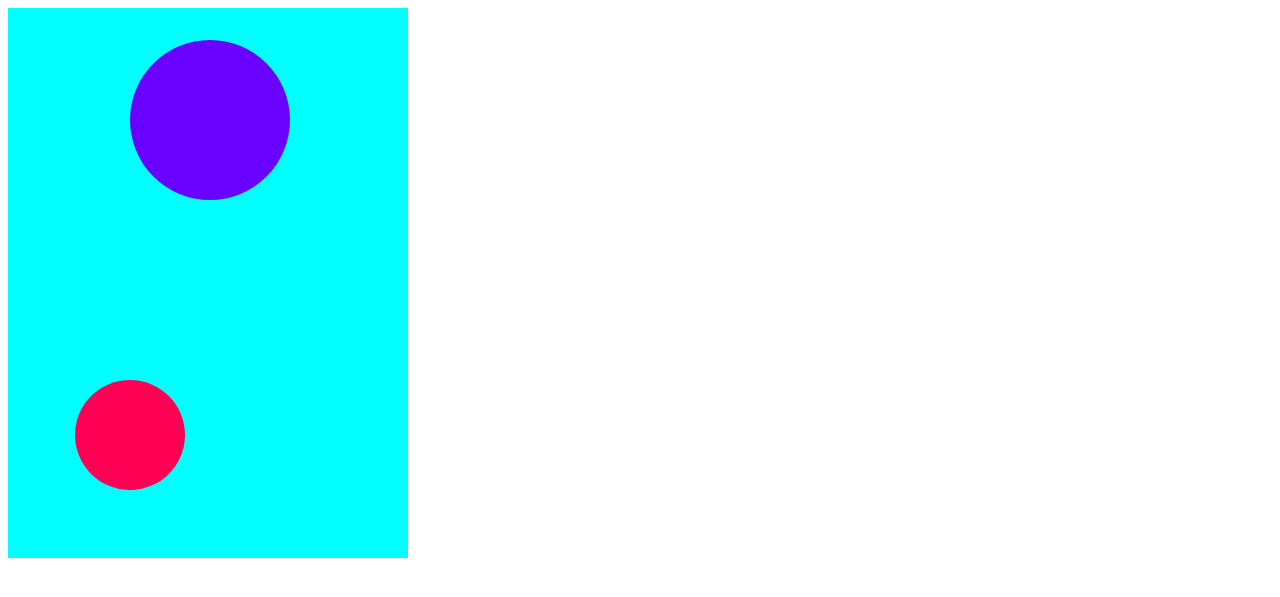
Repository: sara55m/Counter_App
Page: index.html
The author's editor kept a copy of each file at every save. The page is drawn from the files as they stood at one save, then again after the next save.
The browser window is 1280 px wide. The pictures show the whole page.

Above is the page before, as saved 2024-07-30 01:38:58.

### index.html
<!DOCTYPE html>
<html lang="en">
<head>
    <meta charset="UTF-8">
    <meta name="viewport" content="width=device-width, initial-scale=1.0">
    <title>Document</title>
    <link rel="stylesheet" href="css/style.css">
</head>
<body>
    <div class="container">
        <div class="main"></div>
        <div class="increase"></div>
        <div class="reset"></div>
    </div>
    <script src="js/script.js"></script>
</body>
</html>

### css/style.css
.container{
    height:550px;
    width:400px;
    background-color: aqua;
}

.main{
    position:absolute;
    top:40px;
    left:130px;
    height:160px;
    width:160px;
    border-radius: 50%;
    background-color: rgb(106, 0, 255);
}


.increase{
    position:absolute;
    top:380px;
    left:75px;
    height:110px;
    width:110px;
    border-radius: 50%;
    background-color: rgb(255, 0, 85);
}

Loaded but not shown: js/script.js (no stored copy; drawn as an empty file)

After the next save:
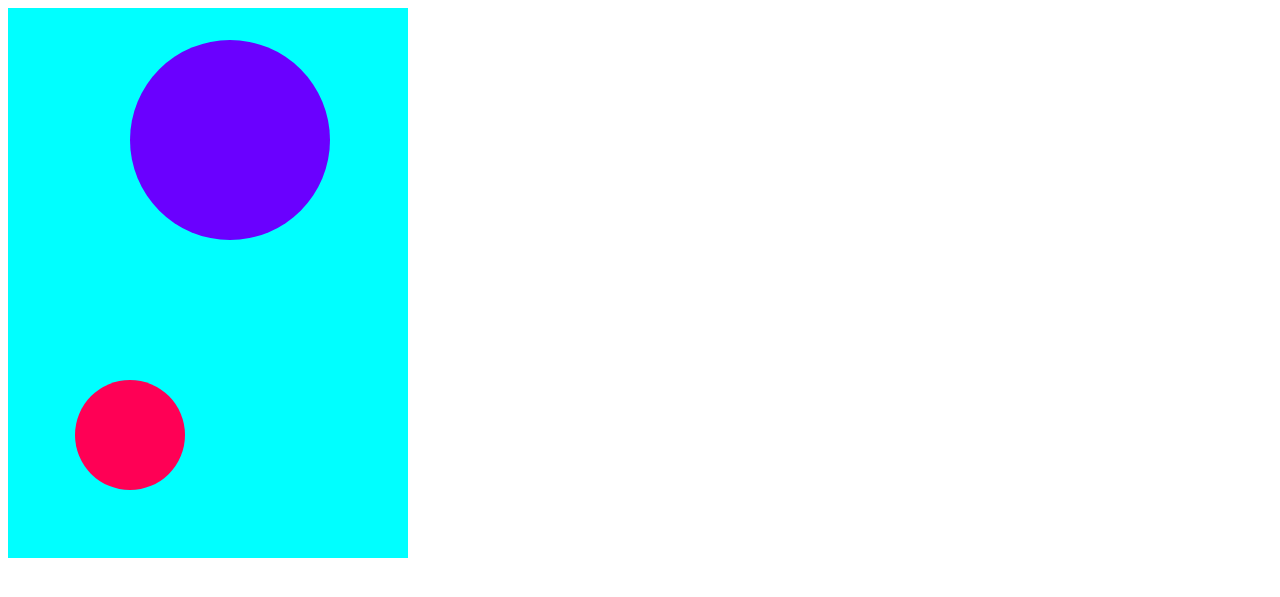
Saved 62 s later.
--- a/css/style.css
+++ b/css/style.css
@@ -8,8 +8,8 @@
     position:absolute;
     top:40px;
     left:130px;
-    height:160px;
-    width:160px;
+    height:200px;
+    width:200px;
     border-radius: 50%;
     background-color: rgb(106, 0, 255);
 }
